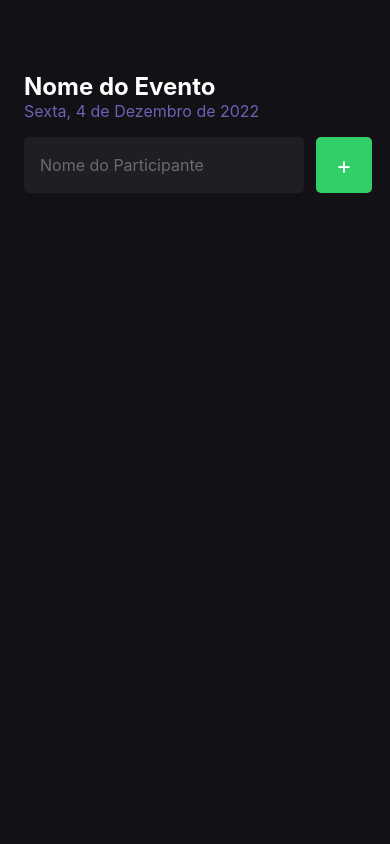
Repository: guilhermecardoso93/reactNative-ignite-imhere
Screen: /
An editor plug-in stored every save of this project. The screen is shown before and after the next save, followed by the edit.
The app was drawn by React Native's web renderer in a window 390 px wide. The project was rebuilt for these pictures with package versions that can differ from the ones it lists, and the page was loaded fresh each time.

Above is the screen before, as saved 2022-10-02 19:56:19.

After the next save:
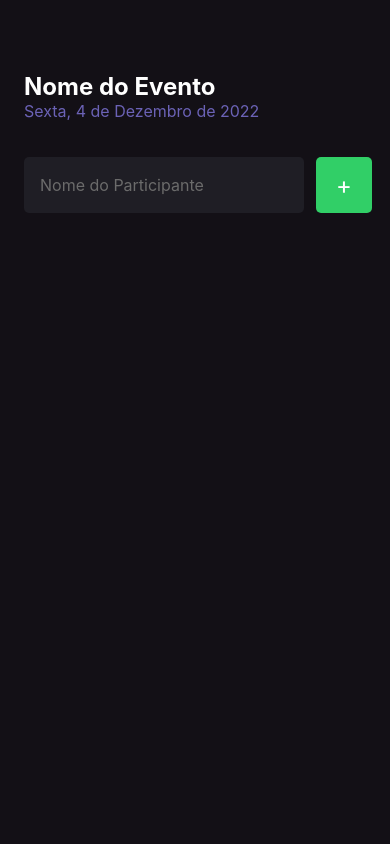
Saved 21 s later.
--- a/src/screens/Home/styles.ts
+++ b/src/screens/Home/styles.ts
@@ -43,6 +43,6 @@ export const styles = StyleSheet.create({
   form: {
     width: "100%",
     flexDirection: "row",
-    marginTop: 16
+    marginTop: 36
   },
 });
